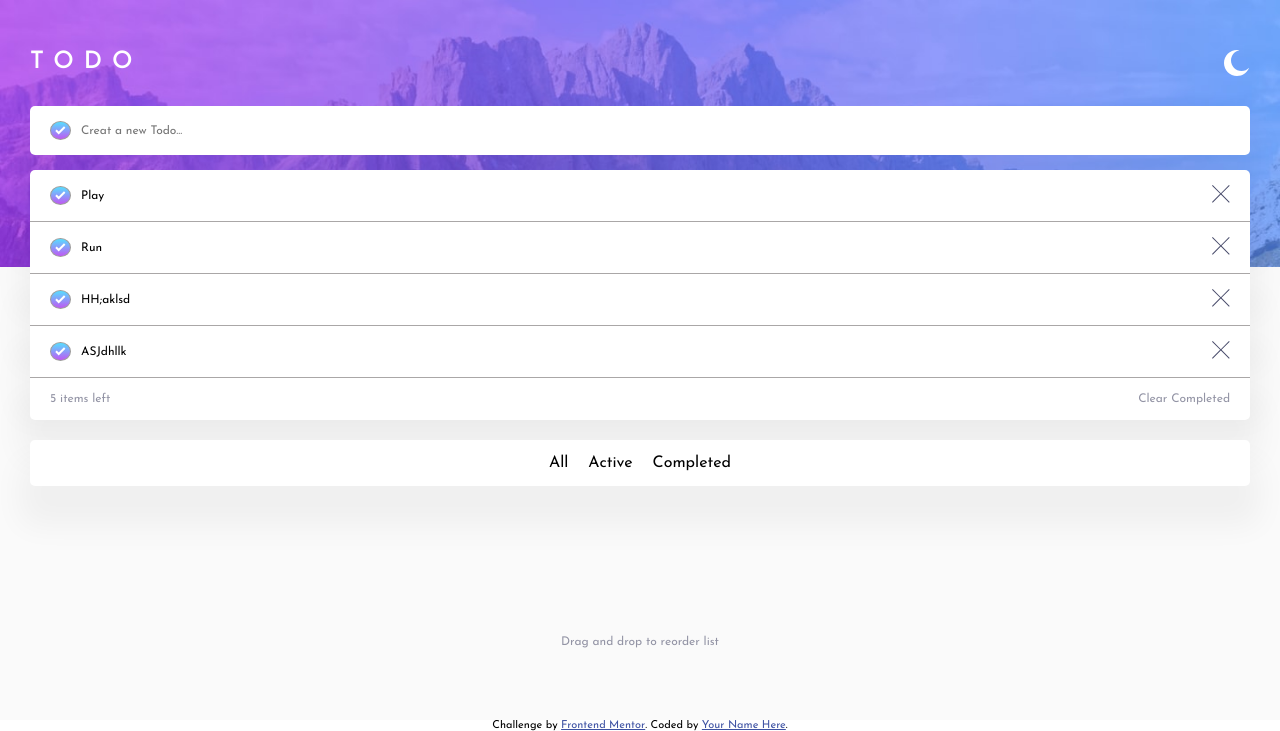
Repository: Baraajad231/Todo-app
Page: /
An editor plug-in stored every save of this project. The page is shown before and after the next save, followed by the edit.
The browser window is 1280 px wide. The pictures show the whole page.
The project was rebuilt for these pictures with package versions that can differ from the ones it lists, and the page was loaded fresh each time. Also part of the build but not shown: vite.config.js.

Above is the page before, as saved 2025-12-29 12:50:44.

### index.html
<!DOCTYPE html>
<html lang="en">
  <head>
    <meta charset="UTF-8" />
    <meta name="viewport" content="width=device-width, initial-scale=1.0" />
    <!-- displays site properly based on user's device -->

    <link
      rel="icon"
      type="image/png"
      sizes="32x32"
      href="./images/favicon-32x32.png"
    />

    <title>Frontend Mentor | Todo app</title>

    <!-- Feel free to remove these styles or customise in your own stylesheet 👍 -->
    <style>
      .attribution {
        font-size: 11px;
        text-align: center;
      }
      .attribution a {
        color: hsl(228, 45%, 44%);
      }
    </style>

    <link rel="preconnect" href="https://fonts.googleapis.com" />
    <link rel="preconnect" href="https://fonts.gstatic.com" crossorigin />
    <link
      href="https://fonts.googleapis.com/css2?family=Josefin+Sans:ital,wght@0,100..700;1,100..700&display=swap"
      rel="stylesheet"
    />

    <link rel="stylesheet" href="./styles/style.scss" />
  </head>
  <body>
    <div class="container">
      <picture class="background-Wrapper">
        <source
          media="(min-width:465px)"
          srcset="images/bg-desktop-light.jpg"
        />
        <img
          src="images/bg-mobile-light.jpg"
          alt="bg-mobile-light"
          class="background background-light"
        />
      </picture>

      <div class="todo">
        <div class="todo__header">
          <h1 class="todo__title">TODO</h1>
          <img src="images/icon-moon.svg" alt="moon icon" class="todo__theme" />
        </div>
        <ul class="todo__list">
          <li class="todo__list__row todo__list__row-input">
            <span class="checkbox">
              <img
                src="./images/icon-check.svg"
                alt="check"
                class="checkbox__icon"
              />
            </span>
            <input
              type="text"
              placeholder="Creat a new Todo..."
              class="todo__list__input"
            />
          </li>

          <li class="todo__list__row">
            <span class="checkbox">
              <img
                src="./images/icon-check.svg"
                alt="check"
                class="checkbox__icon"
              />
            </span>
            <span class="todo__list__task">Play</span>
            <span class="remove-btn">
              <img src="./images/icon-cross.svg" alt="" class="remove-icon"
            /></span>
          </li>
          <li class="todo__list__row">
            <span class="checkbox">
              <img
                src="./images/icon-check.svg"
                alt="check"
                class="checkbox__icon"
              />
            </span>
            <span class="todo__list__task">Run</span>
            <span class="remove-btn">
              <img src="./images/icon-cross.svg" alt="" class="remove-icon"
            /></span>
          </li>
          <li class="todo__list__row">
            <span class="checkbox">
              <img
                src="./images/icon-check.svg"
                alt="check"
                class="checkbox__icon"
              />
            </span>
            <span class="todo__list__task">HH;aklsd</span>
            <span class="remove-btn">
              <img src="./images/icon-cross.svg" alt="" class="remove-icon"
            /></span>
          </li>
          <li class="todo__list__row">
            <span class="checkbox">
              <img
                src="./images/icon-check.svg"
                alt="check"
                class="checkbox__icon"
              />
            </span>
            <span class="todo__list__task">ASJdhllk</span>
            <span class="remove-btn">
              <img src="./images/icon-cross.svg" alt="" class="remove-icon"
            /></span>
          </li>
          <li class="todo__list__row todo__list__row--meta">
            <div class="todo__items-left">
              <span class="todo__items-count">5</span>
              <span class="todo__items-text">items left</span>
            </div>

            <button class="todo__list-clear button">Clear Completed</button>
          </li>

          <li class="todo__list__row todo__list__row--filter">
            <button class="todo__list-all">All</button>
            <button class="todo__list-active">Active</button>
            <button class="todo__list-completed">Completed</button>
          </li>
        </ul>
      </div>
    </div>
    <p class="note">Drag and drop to reorder list</p>

    <div class="attribution">
      Challenge by
      <a href="https://www.frontendmentor.io?ref=challenge" target="_blank"
        >Frontend Mentor</a
      >. Coded by <a href="#">Your Name Here</a>.
    </div>
  </body>
</html>

### styles/style.scss
/*variables*/
:root {
  /* ===== Brand / Primary ===== */
  --color-primary: hsl(220, 98%, 61%);
  --gradient-check: linear-gradient(hsl(192, 100%, 67%), hsl(280, 87%, 65%));

  /* ===== Typography ===== */
  --font-family-base: "Josefin Sans", sans-serif;
  --font-size-base: 18px;
  --font-weight-regular: 400;
  --font-weight-bold: 700;
  // }

  // :root[data-theme="light"] {
  --color-bg: hsl(0, 0%, 98%);
  --color-surface: #ffffff;

  --color-text-primary: hsl(235, 19%, 35%);
  --color-text-secondary: hsl(236, 9%, 61%);

  --color-border: hsl(233, 11%, 84%);
  --color-muted: hsl(234, 39%, 85%);
  // }

  // :root[data-theme="dark"] {
  // --color-bg: hsl(235, 21%, 11%);
  // --color-surface: hsl(235, 24%, 19%);

  // --color-text-primary: hsl(234, 39%, 85%);
  // --color-text-secondary: hsl(236, 9%, 61%);

  // --color-border: hsl(237, 14%, 26%);
  // --color-muted: hsl(233, 14%, 35%);
}

/* Reset */
* {
  margin: 0;
  padding: 0;
  font: inherit;
}

*,
*::after,
*::before {
  box-sizing: border-box;
}

a {
  color: inherit;
  display: inline-block;
}

button,
[type="submit"] {
  background-color: transparent;
  border: none;
  cursor: pointer;
}

ul,
ol {
  list-style: none;
}

html {
  font-size: 62.5%;
}

body {
  font-size: 1.6rem;
  font-family: "Josefin Sans";
  color: black;
}
/* End Reset */

/*container*/
.container {
  position: relative;
  height: 100vh;
  background-color: var(--color-bg);
}
.background {
  width: 100vw;
}

.todo {
  display: flex;
  flex-direction: column;
  gap: 3rem;
  position: absolute;
  top: 0;
  width: calc(100% - 6rem);
  margin: 5rem 3rem;

  &__header {
    display: flex;
    justify-content: space-between;
    .todo__title {
      font-size: 2.4rem;
      color: white;
      letter-spacing: 1rem;
      font-weight: 600;
    }
  }

  &__list {
    font-size: 1.2rem;

    &__row {
      background-color: white;
      padding: 1.5rem 2rem;
      display: flex;
      align-items: center;

      box-shadow: 0 3rem 3rem 1rem rgba(0, 0, 0, 0.045);
      &:nth-child(2) {
        border-radius: 0.5rem 0.5rem 0 0;
      }

      & .checkbox {
        border: 1px solid rgb(156, 155, 155);
        border-radius: 50%;
        background: var(--gradient-check);
        margin-right: 1rem;
        display: flex;
        align-items: center;
        justify-content: center;

        &__icon {
          padding: 0.4rem;
        }
      }

      & .todo__list__task {
        margin-right: auto;
      }
      &-input {
        margin-bottom: 1.5rem;

        & .todo__list__input {
          border: none;

          &:focus {
            outline: none;
            caret-color: aqua;
          }
        }
      }

      &:not(&-input, &--filter, &--meta) {
        border-bottom: 1px solid rgb(170, 167, 167);
      }

      &--meta {
        display: flex;
        justify-content: space-between;

        border-radius: 0 0 0.5rem 0.5rem;
      }

      &--filter {
        display: flex;
        justify-content: center;
        gap: 2rem;
        margin-top: 2rem;
        font-size: 1.6rem;
      }
      &--filter,
      &-input {
        border-radius: 0.5rem;
      }
      &--filter,
      &--meta {
        color: var(--color-text-secondary);
      }
    }
  }
}

.note {
  position: absolute;
  bottom: 10%;
  left: 50%;
  transform: translateX(-50%);
  width: max-content;
  font-size: 1.2rem;
  color: var(--color-text-secondary);
}

.button {
  color: var(--color-text-secondary);
}

After the next save:
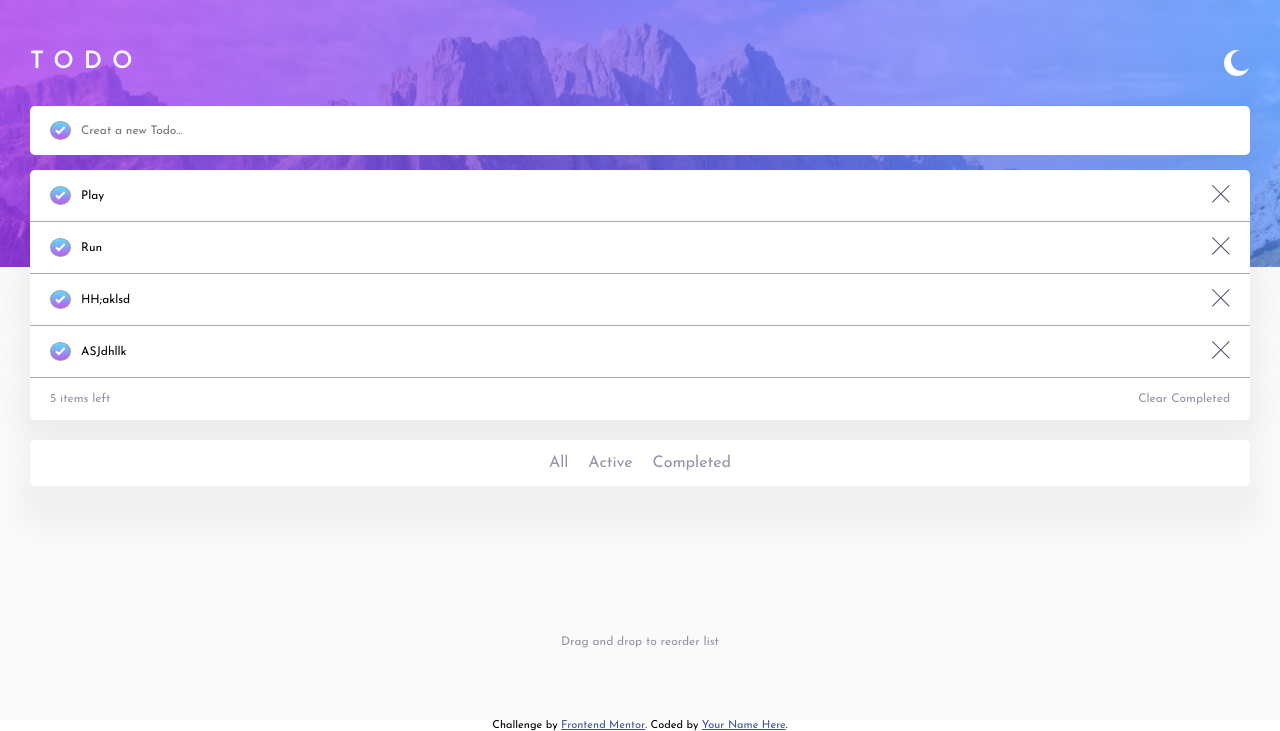
Saved 101 s later.
--- a/index.html
+++ b/index.html
@@ -131,9 +131,9 @@
           </li>
 
           <li class="todo__list__row todo__list__row--filter">
-            <button class="todo__list-all">All</button>
-            <button class="todo__list-active">Active</button>
-            <button class="todo__list-completed">Completed</button>
+            <button class="todo__list-all button">All</button>
+            <button class="todo__list-active button">Active</button>
+            <button class="todo__list-completed button">Completed</button>
           </li>
         </ul>
       </div>
